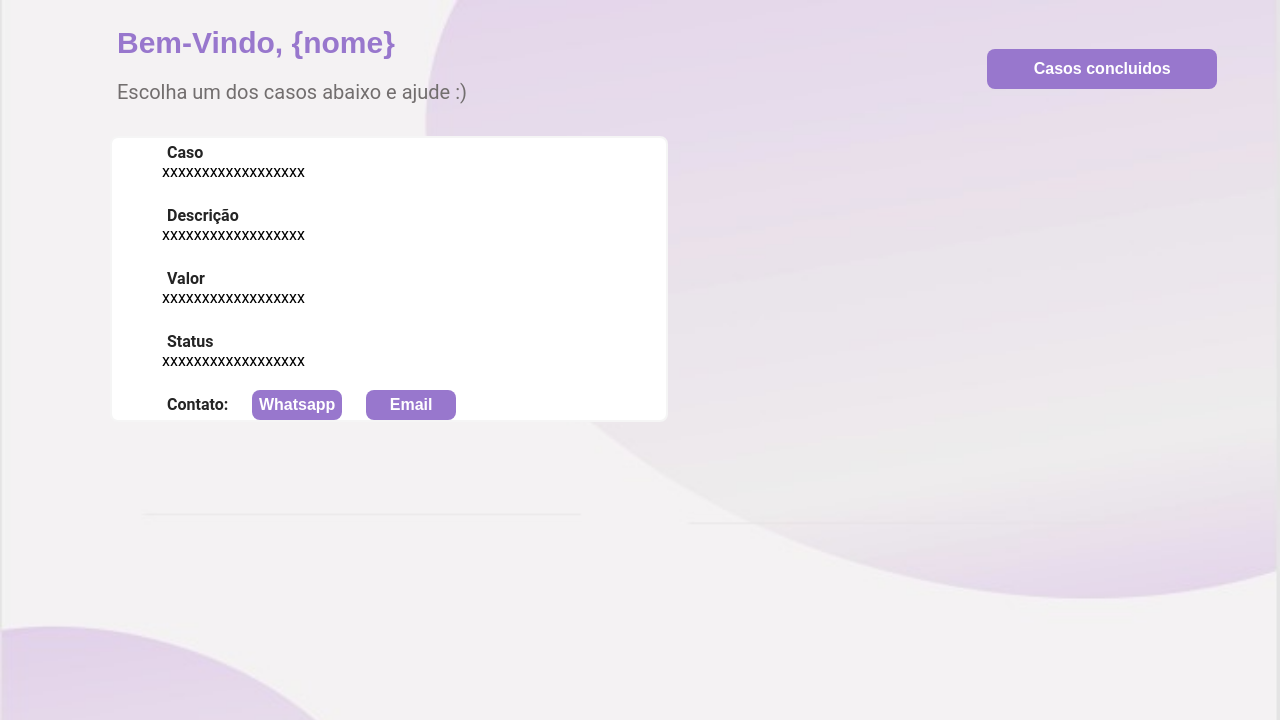
Repository: Dirlandia404/Casos
Page: src/pages/casos.html
The author's editor kept a copy of each file at every save. The page is drawn from the files as they stood at one save, then again after the next save.
The browser window is 1280 px wide. The pictures show the whole page.

Above is the page before, as saved 2021-07-16 22:55:06.

After the next save:
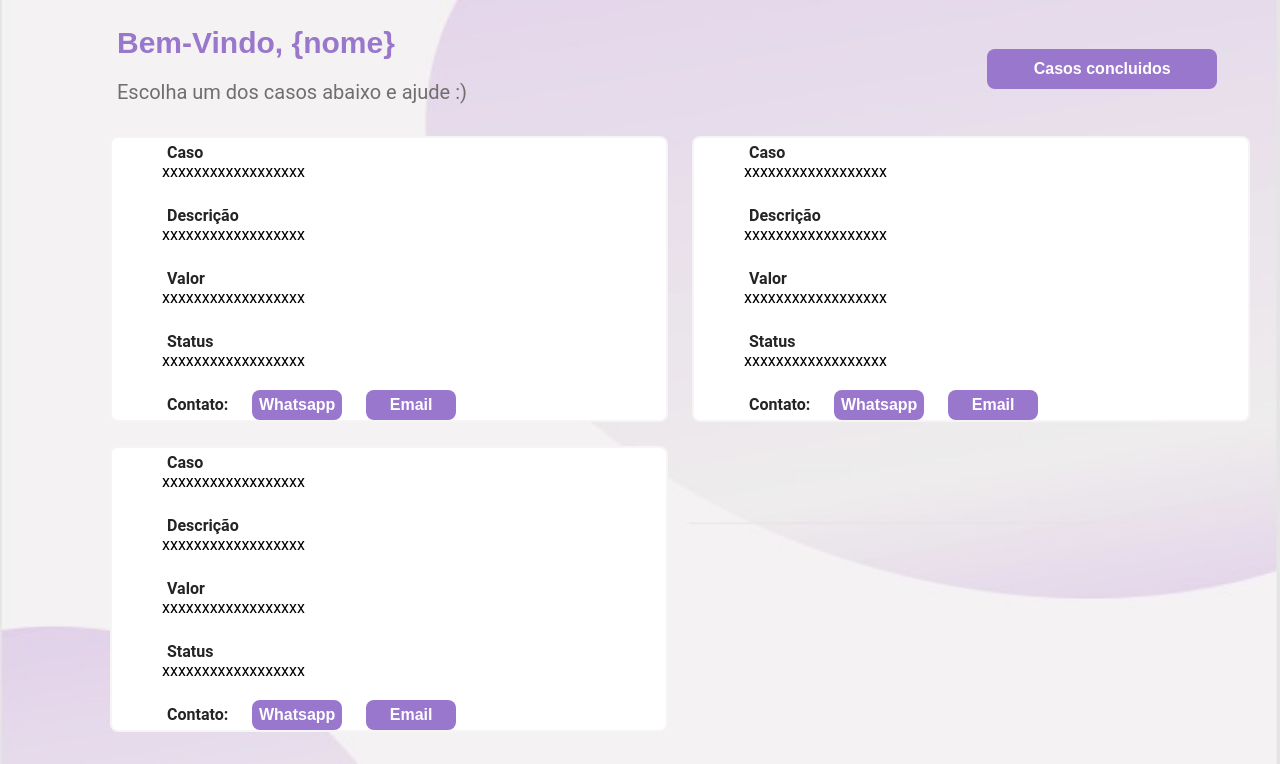
Saved 23 s later.
--- a/src/pages/casos.html
+++ b/src/pages/casos.html
@@ -41,6 +41,44 @@
                    </div>
 
                </li>
+               <li>
+                <div class="dados">
+                    <strong>Caso </strong>
+                    <h7>xxxxxxxxxxxxxxxxxx</h7>
+                    <strong>Descrição</strong>
+                    <h7>xxxxxxxxxxxxxxxxxx</h7>
+                    <strong>Valor</strong>
+                    <h7>xxxxxxxxxxxxxxxxxx</h7>
+                    <strong>Status</strong>
+                    <h7>xxxxxxxxxxxxxxxxxx</h7>
+                    <div id="fieldset">
+                        <strong>Contato:</strong>
+                        <button>Whatsapp</button>
+                        <button>Email</button>
+                    </div>
+
+                </div>
+
+            </li>
+            <li>
+                <div class="dados">
+                    <strong>Caso </strong>
+                    <h7>xxxxxxxxxxxxxxxxxx</h7>
+                    <strong>Descrição</strong>
+                    <h7>xxxxxxxxxxxxxxxxxx</h7>
+                    <strong>Valor</strong>
+                    <h7>xxxxxxxxxxxxxxxxxx</h7>
+                    <strong>Status</strong>
+                    <h7>xxxxxxxxxxxxxxxxxx</h7>
+                    <div id="fieldset">
+                        <strong>Contato:</strong>
+                        <button>Whatsapp</button>
+                        <button>Email</button>
+                    </div>
+
+                </div>
+
+            </li>
 
 
            </ul>
